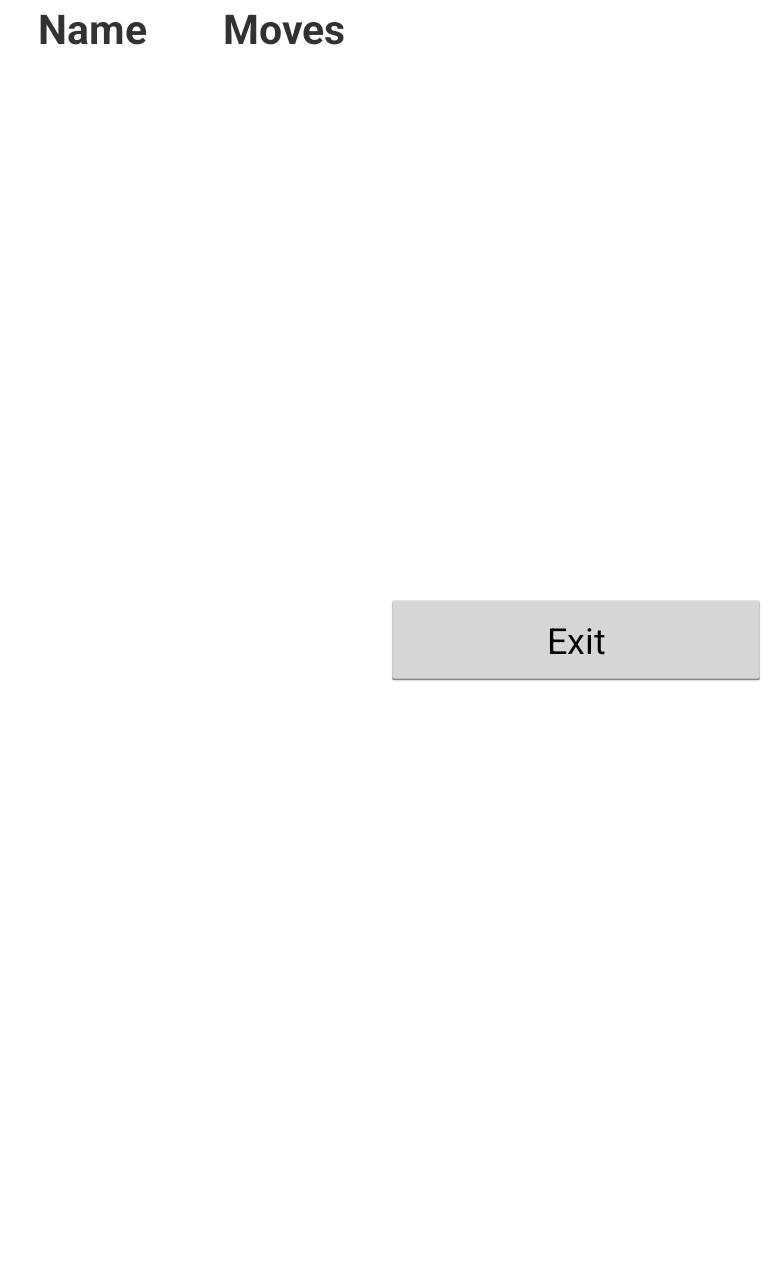
Repository: rickydalziel/project
Layout: Numbersorter/res/layout/activity_leaderboard.xml
These files come from the project's save history. The layout is drawn as it stood at one moment and after the next save; the edit follows.
It is drawn on a 768 x 1280 px phone screen (xhdpi) without system bars, with theme AppTheme; the app's code is not run.

Above is the layout before, as saved 2013-03-14 14:00:09.

### Numbersorter/res/layout/activity_leaderboard.xml
<LinearLayout xmlns:android="http://schemas.android.com/apk/res/android"
    xmlns:tools="http://schemas.android.com/tools"
    android:layout_width="match_parent"
    android:layout_height="match_parent"
    tools:context=".LeaderboardActivity" >


    <ScrollView
    android:layout_width="fill_parent"
    android:layout_height="fill_parent"
    android:scrollbars="none"
    android:layout_weight="1">
    <TableLayout
        xmlns:android="http://schemas.android.com/apk/res/android"
        android:id="@+id/leaderboard"
        android:layout_width="fill_parent"
        android:layout_height="fill_parent"
        android:stretchColumns="0,1" >

        <TableRow>

            <TextView
                android:id="@+id/name_header"
                android:layout_width="fill_parent"
                android:layout_height="wrap_content"
                android:layout_gravity="center"
                android:text="@string/name"
                android:textSize="20.5sp"
                android:textStyle="bold" />

            <TextView
                android:id="@+id/score_header"
                android:layout_width="fill_parent"
                android:layout_height="wrap_content"
                android:layout_gravity="center"
                android:text="@string/moves"
                android:textSize="20.5sp"
                android:textStyle="bold" />
        </TableRow>
    </TableLayout>
    </ScrollView>

            <Button
            android:id="@+id/leaderboard_exit_button"
            android:layout_width="fill_parent"
            android:layout_height="wrap_content"
            android:layout_gravity="center"
            android:onClick="exitGamePressed"
            android:text="@string/exit_game"
            android:layout_weight="1" />

</LinearLayout>

### Numbersorter/res/values/strings.xml
<?xml version="1.0" encoding="utf-8"?>
<resources>

    <!-- Main menu strings -->

    <string name="app_name">Numbersorter</string>
    <string name="main_menu">Main Menu</string>
    <string name="menu_settings">Settings</string>
    <string name="title_activity_main">Number Sorter</string>
    <string name="new_game">New Game</string>
    <string name="continue_game">Continue</string>
    <string name="about">About</string>
    <string name="exit_game">Exit</string>
    <string name="enter">Enter</string>

    <!-- About scree strings -->

    <string name="about_app">About Numbersorter</string>
    <string name="about_text">	    Numbersorter is a program written and desgned by Ricky Dalziel, for his 4th year honours project.
	    The aim of the game is to swipe a mxn grid of numbers into position so that they read from 1 - (m*n).
	</string>
    <string name="hello_world">Hello world!</string>
    <string name="title_activity_about">AboutActivity</string>

    <!-- New game dialog strings -->

    <string name="newgametext">Please select a board width and height</string>
    <string name="height">Height</string>
    <string name="width">Width</string>
    <string name="cancel">Cancel</string>

    <!-- Array options for the dialog box -->

    <string-array name="size_array">
        <item>3</item>
        <item>4</item>
        <item>5</item>
        <item>6</item>
    </string-array>

    <string name="title_activity_game">Game</string>
    <string name="title_activity_unsolve_dialog">Unsolveable?</string>
    <string name="unsolveable">Are you sure this grid is unsolvable? (WARNING -  will end current game)</string>
    <string name="yes">Yes</string>
    <string name="no">No</string>
    <string name="title_activity_unsolve_outcome">UnsolveOutcome</string>
    <string name="title_activity_quit">QuitActivity</string>
    <string name="title_activity_win">WinActivity</string>
    <string name="wintext">Congratulations! You solved the grid! Please enter your name below:</string>
    <string name="enter_name">Enter name</string>


    <string name="title_activity_leaderboard">Leaderboard</string>
    <string name="name">Name</string>
    <string name="moves">Moves</string>

</resources>

Loaded but not shown: Numbersorter/res/values-v11/styles.xml (common file); Numbersorter/res/values-v14/styles.xml (common file); Numbersorter/res/values/styles.xml (common file)

After the next save:
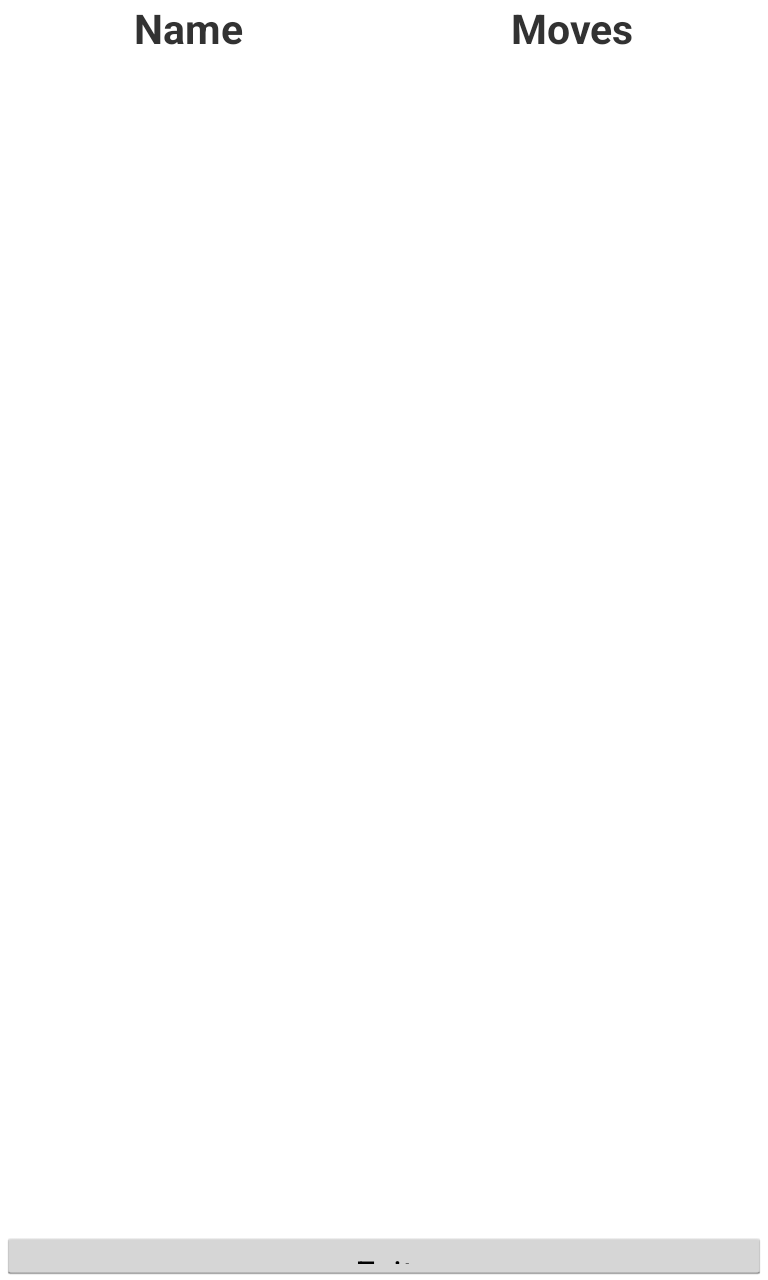
Saved 73 s later.
--- a/Numbersorter/res/layout/activity_leaderboard.xml
+++ b/Numbersorter/res/layout/activity_leaderboard.xml
@@ -2,7 +2,8 @@
     xmlns:tools="http://schemas.android.com/tools"
     android:layout_width="match_parent"
     android:layout_height="match_parent"
-    tools:context=".LeaderboardActivity" >
+    tools:context=".LeaderboardActivity"
+	android:orientation="vertical">
 
 
     <ScrollView
